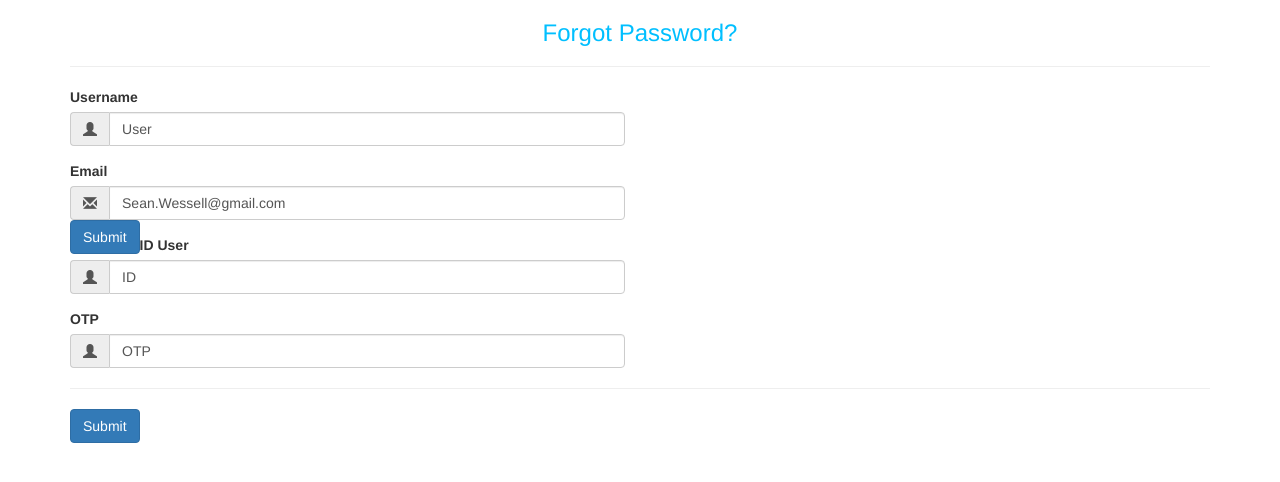
Repository: phamtailinh/webtintuc
Page: http://localhost/doicapdat/Quenmk.jsp
The author's editor kept a copy of each file at every save. The page is drawn from the files as they stood at one save, then again after the next save.
The browser window is 1280 px wide. The pictures show the whole page.
Some web libraries are served in a nearby version. The page is served by Tomcat 9. Other server files are loaded and not shown.

Above is the page before, as saved 2022-01-07 09:03:52.
Console error (its wording comes from the project's code and is left out).

### doicapdat/src/main/webapp/Quenmk.jsp
<%@ page language="java" contentType="text/html; charset=ISO-8859-1"
	pageEncoding="ISO-8859-1"%>
<!DOCTYPE html>
<html>
<head>
<meta charset="ISO-8859-1">
<title>Insert title here</title>
<link
	href="//maxcdn.bootstrapcdn.com/bootstrap/3.3.0/css/bootstrap.min.css"
	rel="stylesheet" id="bootstrap-css">
<script
	src="//maxcdn.bootstrapcdn.com/bootstrap/3.3.0/js/bootstrap.min.js"></script>
<script src="//code.jquery.com/jquery-1.11.1.min.js"></script>
<style type="text/css">
.popover.primary {
	border-color: #337ab7;
}

.popover.primary>.arrow {
	border-top-color: #337ab7;
}

.popover.primary>.popover-title {
	color: #fff;
	background-color: #337ab7;
	border-color: #337ab7;
}

.popover.success {
	border-color: #d6e9c6;
}

.popover.success>.arrow {
	border-top-color: #d6e9c6;
}

.popover.success>.popover-title {
	color: #3c763d;
	background-color: #dff0d8;
	border-color: #d6e9c6;
}

.popover.info {
	border-color: #bce8f1;
}

.popover.info>.arrow {
	border-top-color: #bce8f1;
}

.popover.info>.popover-title {
	color: #31708f;
	background-color: #d9edf7;
	border-color: #bce8f1;
}

.popover.warning {
	border-color: #faebcc;
}

.popover.warning>.arrow {
	border-top-color: #faebcc;
}

.popover.warning>.popover-title {
	color: #8a6d3b;
	background-color: #fcf8e3;
	border-color: #faebcc;
}

.popover.danger {
	border-color: #ebccd1;
}

.popover.danger>.arrow {
	border-top-color: #ebccd1;
}

.popover.danger>.popover-title {
	color: #a94442;
	background-color: #f2dede;
	border-color: #ebccd1;
}
</style>
</head>
<body>
	<div class="container">

		<h3 style="color: #00BFFF; text-align: center;">Forgot Password?</h3>
		<hr>
		<div class="row">
			<div class="col-lg-6">
				<div class="form-group">
					<label>Username</label>
					<div class="input-group">
						<span class="input-group-addon"><span
							class="glyphicon glyphicon-user"></span></span> <input type="text"
							class="form-control" name="Username" id="Username"
							placeholder="Requested Username" required value="User">
					</div>
				</div>
				<div class="form-group">
					<label>Email</label>
					<div class="input-group">
						<span class="input-group-addon"><span
							class="glyphicon glyphicon-envelope"></span></span> <input type="text"
							class="form-control" name="Email" id="Email"
							placeholder="Requested Email" required
							value="Sean.Wessell@gmail.com"></div>
							<div> <input type="submit"
							name="submit" id="submit" value="Submit"
							class="btn btn-primary pull-left"
							href="https://accounts.google.com/AccountChooser/signinchooser?service=mail&continue=https%3A%2F%2Fmail.google.com%2Fmail%2F&flowName=GlifWebSignIn&flowEntry=AccountChooser">
					</div>
				</div>
				<div class="form-group">
					<label>ID User</label>
					<div class="input-group">
						<span class="input-group-addon"><span
							class="glyphicon glyphicon-user"></span></span> <input type="text"
							class="form-control" name="Username" id="Username"
							placeholder="Requested Username" required value="ID">
					</div>
				</div>
				<label>OTP</label>
				<div class="input-group">
					<span class="input-group-addon"><span
						class="glyphicon glyphicon-user"></span></span> <input type="text"
						class="form-control" name="Username" id="Username"
						placeholder="Requested Username" required value="OTP">
				</div>
			</div>


		</div>
		<hr>
		<input type="submit" name="submit" id="submit" value="Submit"
			class="btn btn-primary pull-left" herf="#">
	</div>
	</div>
	</div>
</body>
</html>

After the next save:
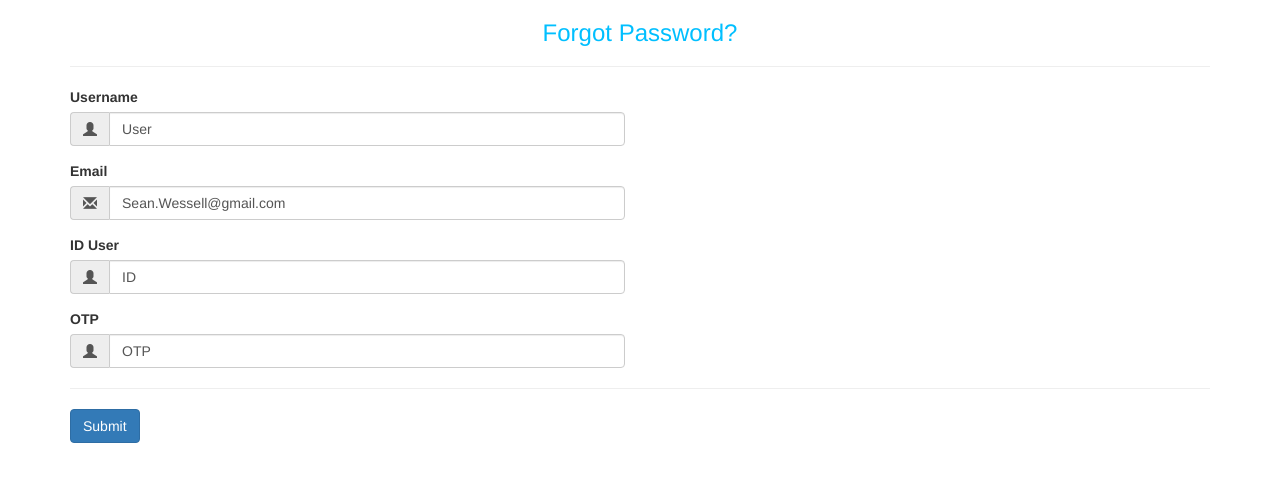
Saved 23 s later.
--- a/doicapdat/src/main/webapp/Quenmk.jsp
+++ b/doicapdat/src/main/webapp/Quenmk.jsp
@@ -107,11 +107,7 @@
 							class="form-control" name="Email" id="Email"
 							placeholder="Requested Email" required
 							value="Sean.Wessell@gmail.com"></div>
-							<div> <input type="submit"
-							name="submit" id="submit" value="Submit"
-							class="btn btn-primary pull-left"
-							href="https://accounts.google.com/AccountChooser/signinchooser?service=mail&continue=https%3A%2F%2Fmail.google.com%2Fmail%2F&flowName=GlifWebSignIn&flowEntry=AccountChooser">
-					</div>
+
 				</div>
 				<div class="form-group">
 					<label>ID User</label>
